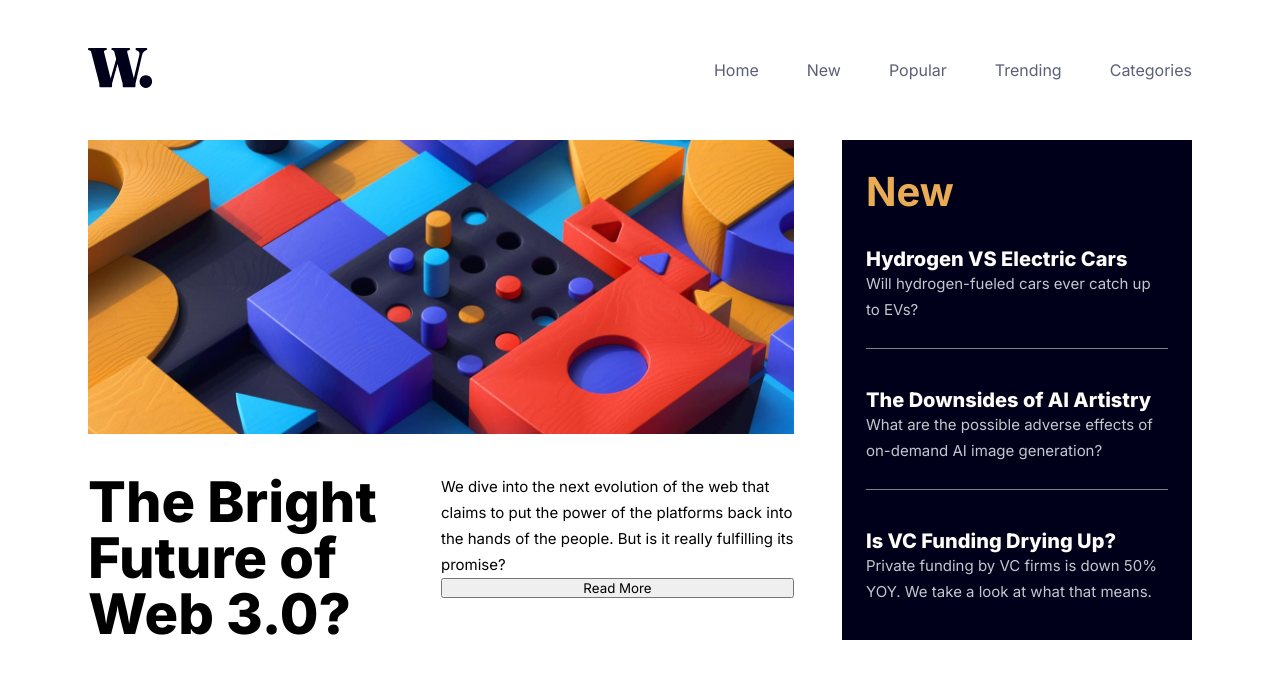
Repository: DevAntonioRogers/FrontendMentor-News-Homepage
Page: index.html
The author's editor kept a copy of each file at every save. The page is drawn from the files as they stood at one save, then again after the next save.
The browser window is 1280 px wide. The pictures show the whole page.

Above is the page before, as saved 2023-04-21 12:47:10.

After the next save:
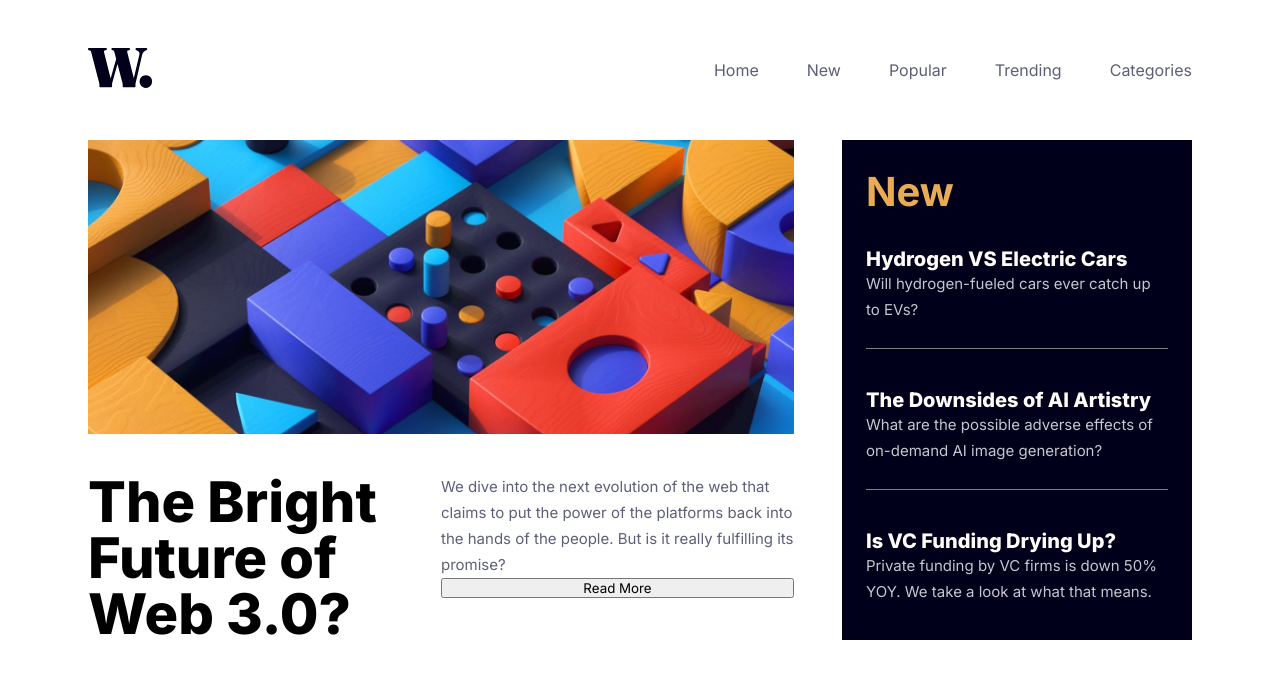
Saved 11 s later.
--- a/styles.css
+++ b/styles.css
@@ -88,7 +88,7 @@ nav{
   font-weight: 400;
   font-size: 15px;
   line-height: 26px;
-  color: ;
+  color: hsl(236, 13%, 42%);
 }
 
 
